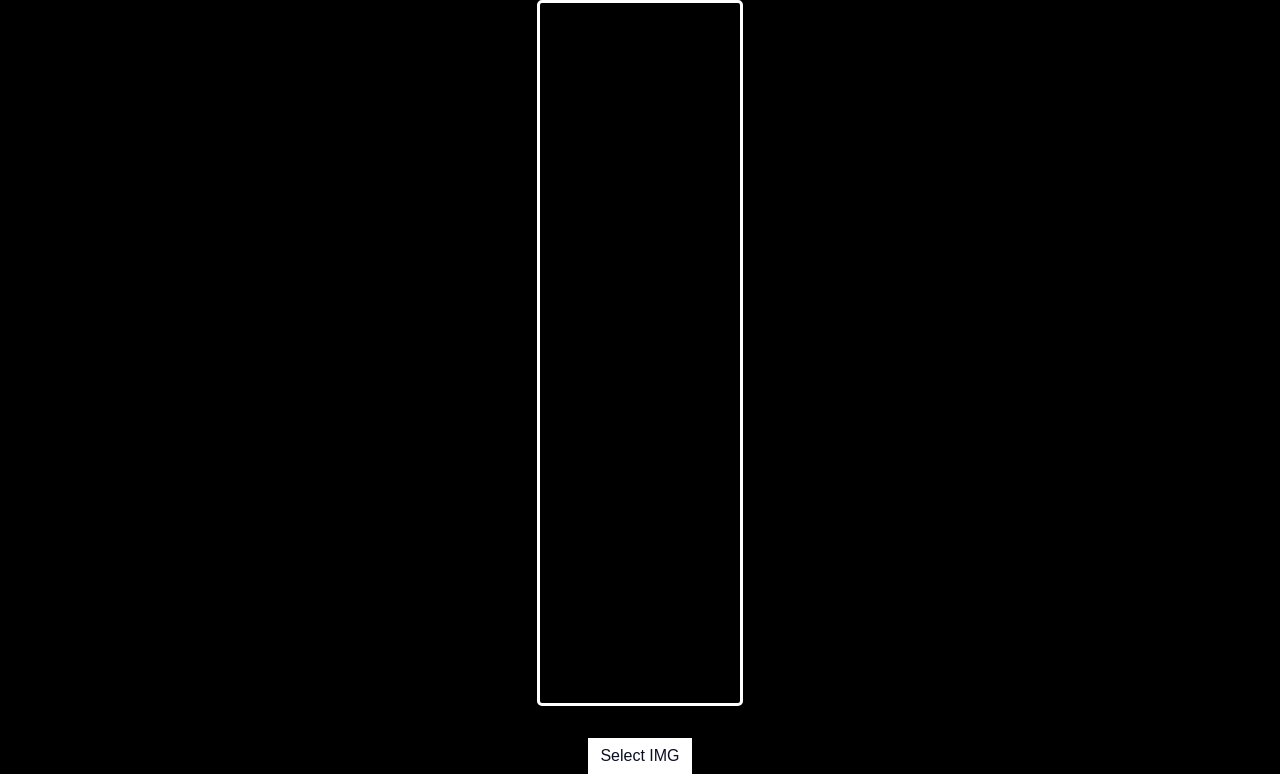
Repository: HOANGKHONGTANCRUSH/APPTenofflowAI
Page: /
These files come from the project's save history. The page is drawn as it stood at one moment and after a run of saves; the edit follows.
The browser window is 1280 px wide. The pictures show the whole page.
The project was rebuilt for these pictures with package versions that can differ from the ones it lists, and the page was loaded fresh each time. Also part of the build but not shown: src/App.css.

Above is the page before, as saved 2024-01-29 16:09:09.

After the next 2 saves:
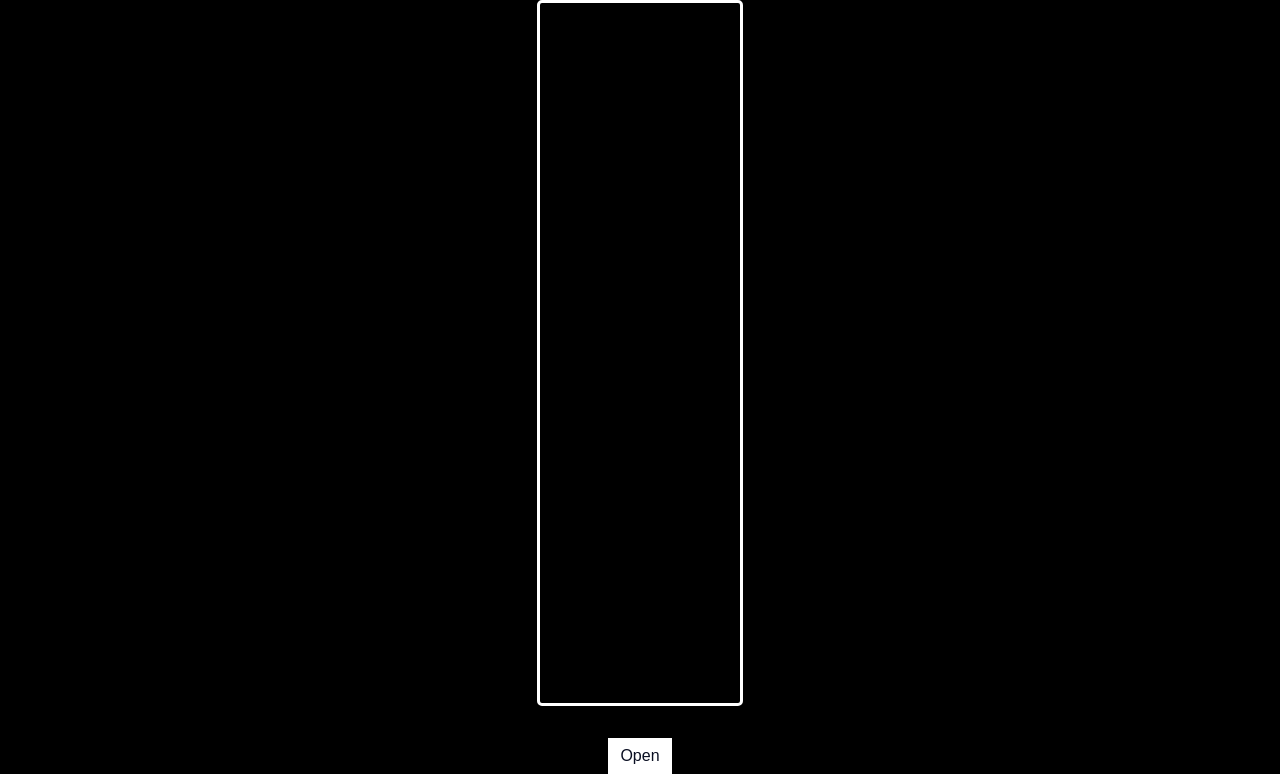
The 2 saves are shown as one change because 1 did not build or start.
The last was saved 7 min 35 s later.
--- a/src/components/objectDetector/index.jsx
+++ b/src/components/objectDetector/index.jsx
@@ -4,6 +4,7 @@ import styled from "styled-components";
 import "@tensorflow/tfjs-backend-cpu";
 // import "@tensorflow/tfjs-backend-webgl";
 import * as cocoSsd from "@tensorflow-models/coco-ssd";
+import { flatten } from "@tensorflow/tfjs-core/dist/util";
 
 const ObjectDetectorContainer = styled.div`
   display: flex;
@@ -79,6 +80,7 @@ export function ObjectDetector(props) {
   const imageRef =useRef();
   const [imgData, setImage] = useState(null);
   const [predictions, setpredictions] = useState(null);
+  const [isLoading, setLoading] = useState(false);
 
   const isEmptyPredictions = !predictions || predictions.length === 0;
 
@@ -128,6 +130,8 @@ export function ObjectDetector(props) {
 
 
  const onSelectImage = async (e) => {
+    setpredictions([]);
+    setLoading(true);
     const file = e.target.files[0];
     const imgData = await readImage(file);
     setImage(imgData);
@@ -136,8 +140,11 @@ export function ObjectDetector(props) {
     imageElement.src = imgData;
 
     imageElement.onload = async () => {
-      const imgSize = {width: imageElement.width, height: imageElement.height };
+      const imgSize = {
+        width: imageElement.width, height: imageElement.height
+      };
       await detectObjectImage(imageElement, imgSize);
+      setLoading(false);
     }
  }
 
@@ -157,7 +164,7 @@ export function ObjectDetector(props) {
     </DetectorContainer>
     <HiddenFileInput type="file" ref={fileInputRef}  onChange={onSelectImage}/>
     <SelectButton onClick={openfilePicker}>
-      Select IMG
+      {isLoading ? "Loagding..." : "Open"}
     </SelectButton>
   </ObjectDetectorContainer>
 }
